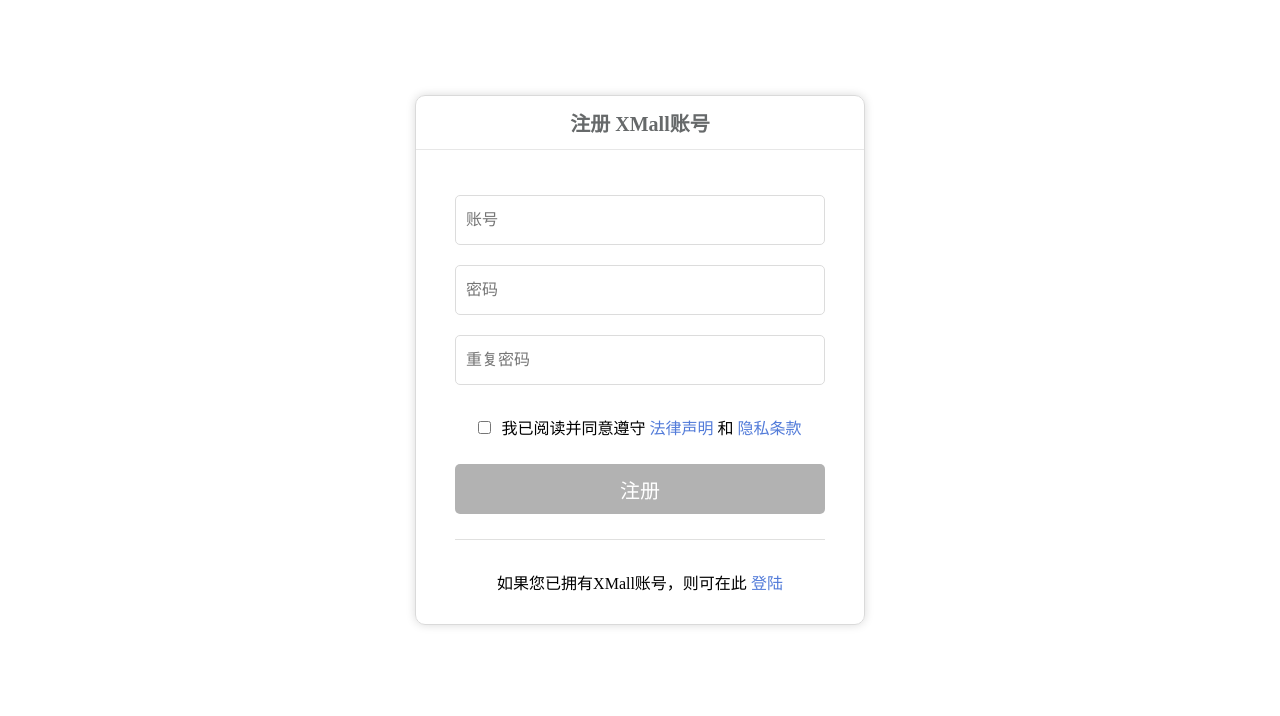
Repository: dingqihui1997/xmall-demo
Page: /signin
An editor plug-in stored every save of this project. The page is shown before and after the next save, followed by the edit.
The browser window is 1280 px wide. The pictures show the whole page.
The project was rebuilt for these pictures with package versions that can differ from the ones it lists, and the page was loaded fresh each time. Also part of the build but not shown: vue.config.js, src/views/Home.vue.

Above is the page before, as saved 2021-06-29 17:22:51.

After the next save:
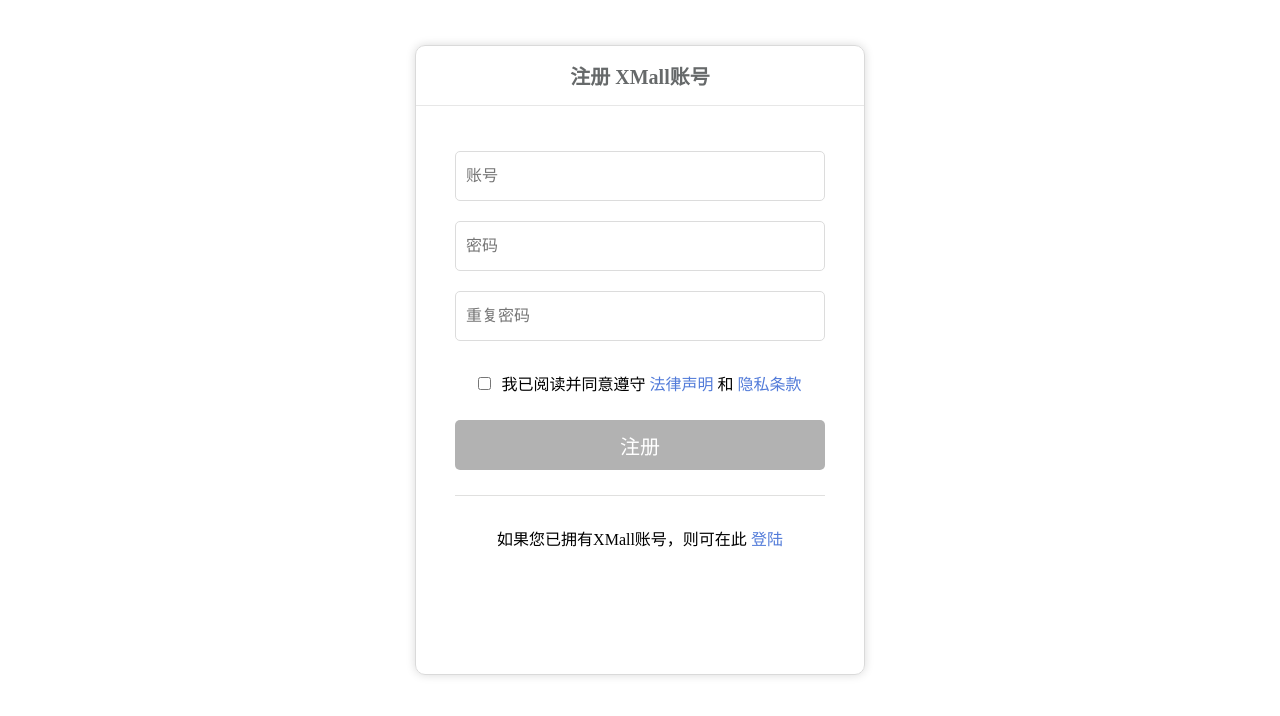
Saved 2 min 51 s later.
--- a/src/components/signin/Signin.vue
+++ b/src/components/signin/Signin.vue
@@ -113,7 +113,7 @@
 <style lang='scss' scoped>
 .box {
   width: 450px;
-  height: 530px;
+  height: 630px;
   border: 1px solid #dadada;
   border-radius: 10px;
   box-shadow: 0 0 10px #dadada;
